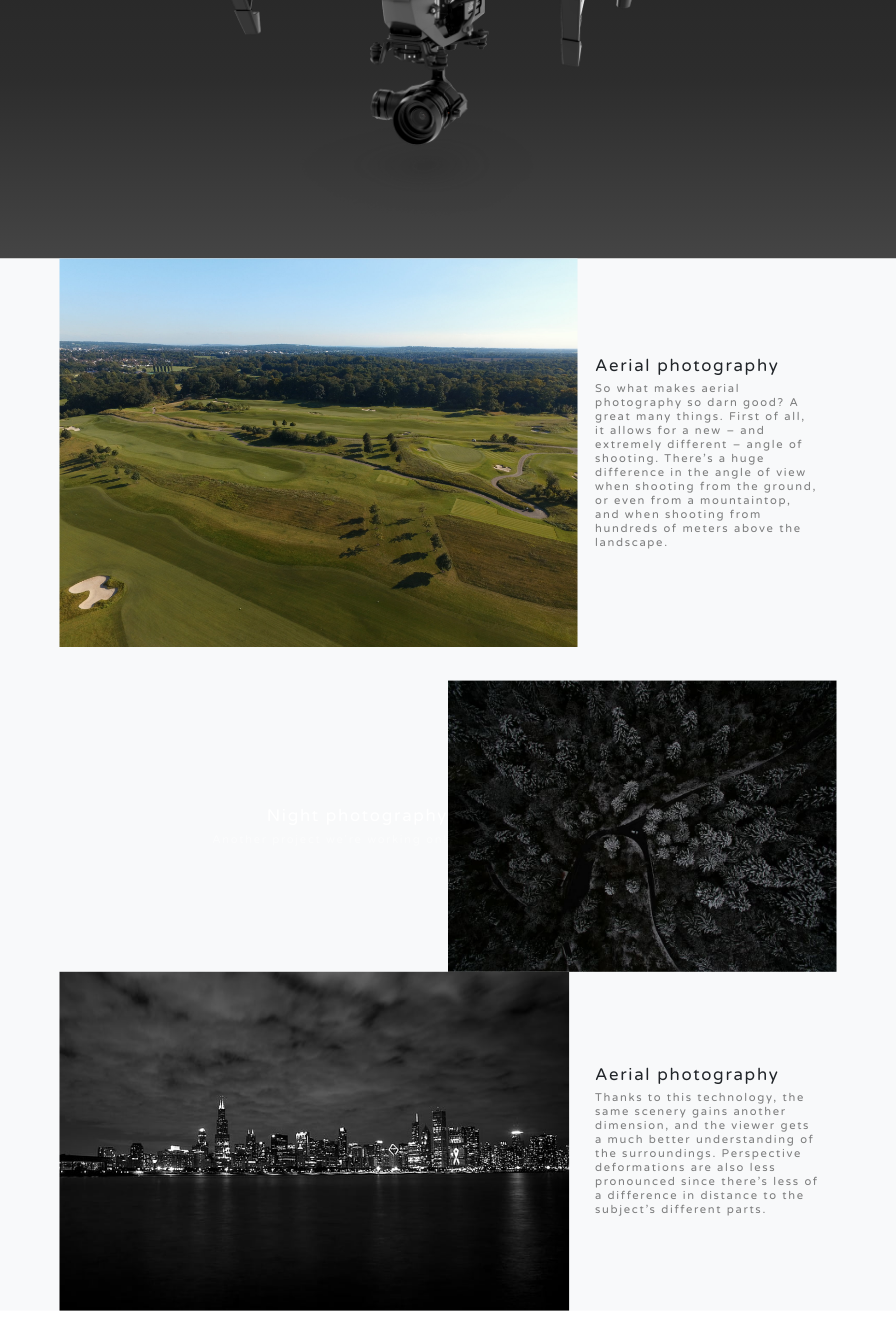
Repository: geoeskel/UCFD-Milestone-Project
Page: index.html
The author's editor kept a record of every edit. The page is drawn from the files as they stood at one moment, then again after the next edit.
The browser window is 1280 px wide. The pictures show the part of the page from y = 1376 to 3296 px (the page is 3296 px tall), at 70% of full size.
A picture or video elsewhere on the page could not be fetched, so the positions and the page height are approximate. Some web libraries are served in a nearby version.

Above is the page before.

After the next edit:
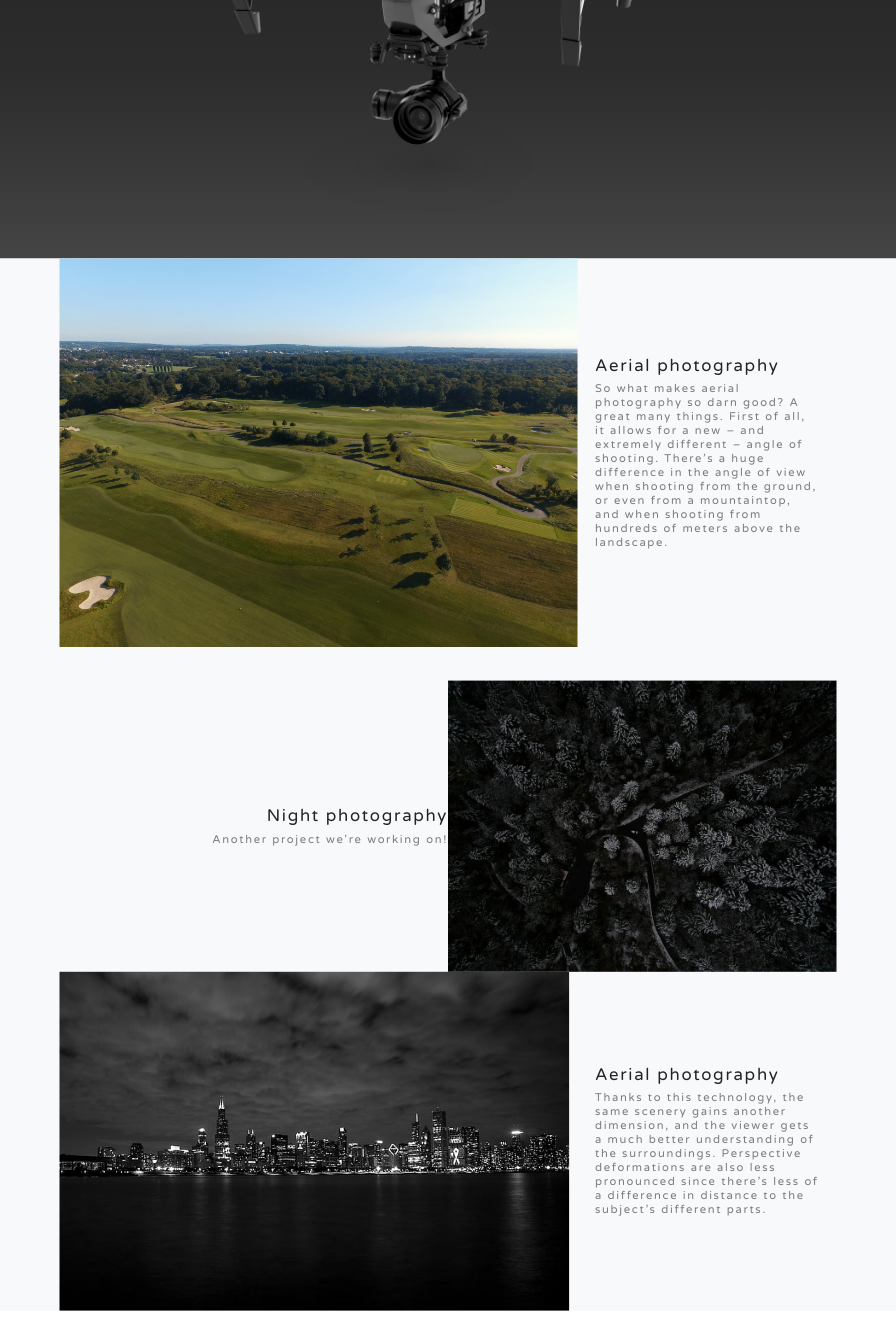
The edit:
--- a/index.html
+++ b/index.html
@@ -98,9 +98,8 @@
           <div class="text-center h-100 project">
             <div class="d-flex h-100">
               <div class="project-text w-100 my-auto text-center text-lg-right">
-                <h4 class="text-white">Night photography</h4>
-                <p class="mb-0 text-white-50">Another project we're working on!</p>
-
+                <h4 class="text-black">Night photography</h4>
+                <p class="mb-0 text-black-50">Another project we're working on!</p>
               </div>
             </div>
           </div>
